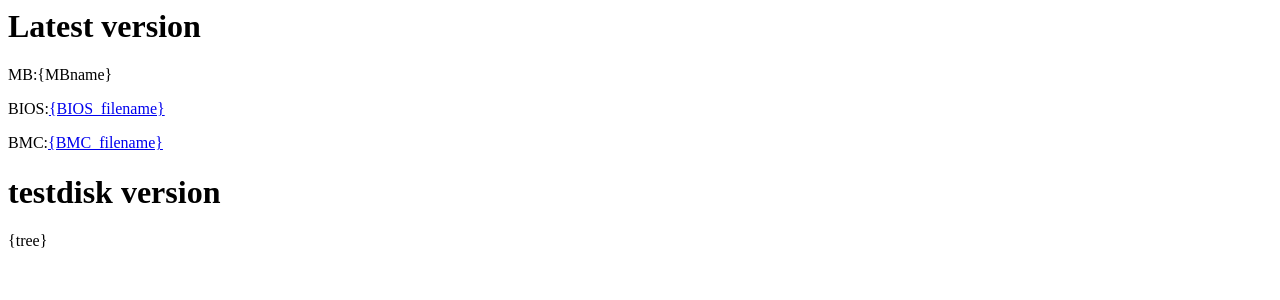
Repository: tttt1213/BIOSversion
Page: result.html
These files come from the project's save history. The page is drawn as it stood at one moment and after the next save; the edit follows.
The browser window is 1280 px wide. The pictures show the whole page.

Above is the page before, as saved 2023-04-03 14:06:15.

After the next save:
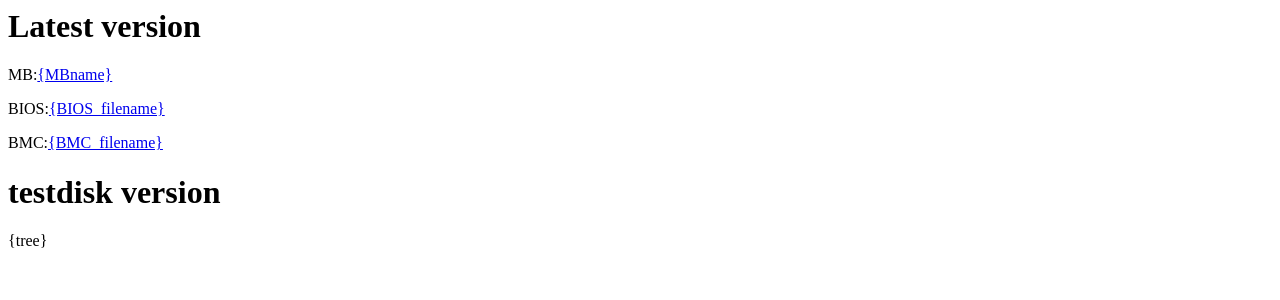
Saved 2 h 22 min later.
--- a/result.html
+++ b/result.html
@@ -6,7 +6,7 @@
 <header class="header">
 </header>
 <div class="content">
-<p>MB:<a>{MBname}</a></p>
+<p>MB:<a href=u"rl}">{MBname}</a></p>
 <p>BIOS:<a href="{BIOS_ver}">{BIOS_filename}<a/></p>
 <p>BMC:<a href="{BMC_ver}">{BMC_filename}<a/></p>
 </div>
